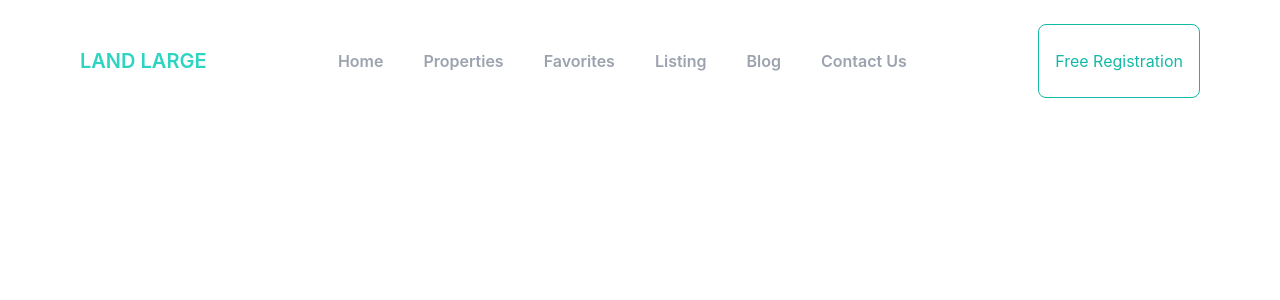
Repository: MuniruIssah/realestate
Page: /
An editor plug-in stored every save of this project. The page is shown before and after the next save, followed by the edit.
The browser window is 1280 px wide. The pictures show the whole page.
The project was rebuilt for these pictures with package versions that can differ from the ones it lists, and the page was loaded fresh each time. Also part of the build but not shown: src/App.css.

Above is the page before, as saved 2022-02-19 21:35:53.

### src/App.js
import logo from './logo.svg';
import './App.css';
import Header from './components/Header';

function App() {
  return (
    <div className="">
      <Header/>
    </div>
  );
}

export default App;

### src/components/Header.js
import React from "react";
const links = [
  "Home",
  "Properties",
  "Favorites",
  "Listing",
  "Blog",
  "Contact Us",
];
const Header = () => {
  return (
    <div className="flex justify-between items-center px-20 py-6">
      <span className="uppercase text-teal-400 text-xl font-semibold">land large</span>
      <div className="hidden lg:flex space-x-10 items-center">
        {links.map((link, index) => (
          <LinkItem key={index} name={link} />
        ))}
      </div>
      <button className="text-teal-500 border border-teal-500 rounded rounded-lg py-6 px-4">
          Free Registration
      </button>
    </div>
  );
};

export default Header;

const LinkItem = ({ name }) => {
  return (
    <a href="#" className="text-gray-400 hover:text-teal-500 font-semibold">
      {name}
    </a>
  );
};

Loaded but not shown: public/index.html (common file); src/index.js (common file); src/index.css (common file); src/reportWebVitals.js (common file); tailwind.config.js (common file)

After the next save:
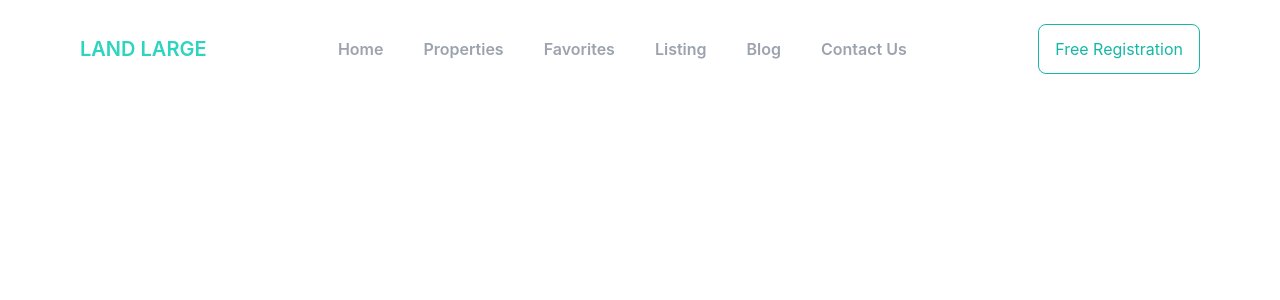
Saved 10 s later.
--- a/src/components/Header.js
+++ b/src/components/Header.js
@@ -16,7 +16,7 @@ const Header = () => {
           <LinkItem key={index} name={link} />
         ))}
       </div>
-      <button className="text-teal-500 border border-teal-500 rounded rounded-lg py-6 px-4">
+      <button className="text-teal-500 border border-teal-500 rounded rounded-lg py-3 px-4">
           Free Registration
       </button>
     </div>
